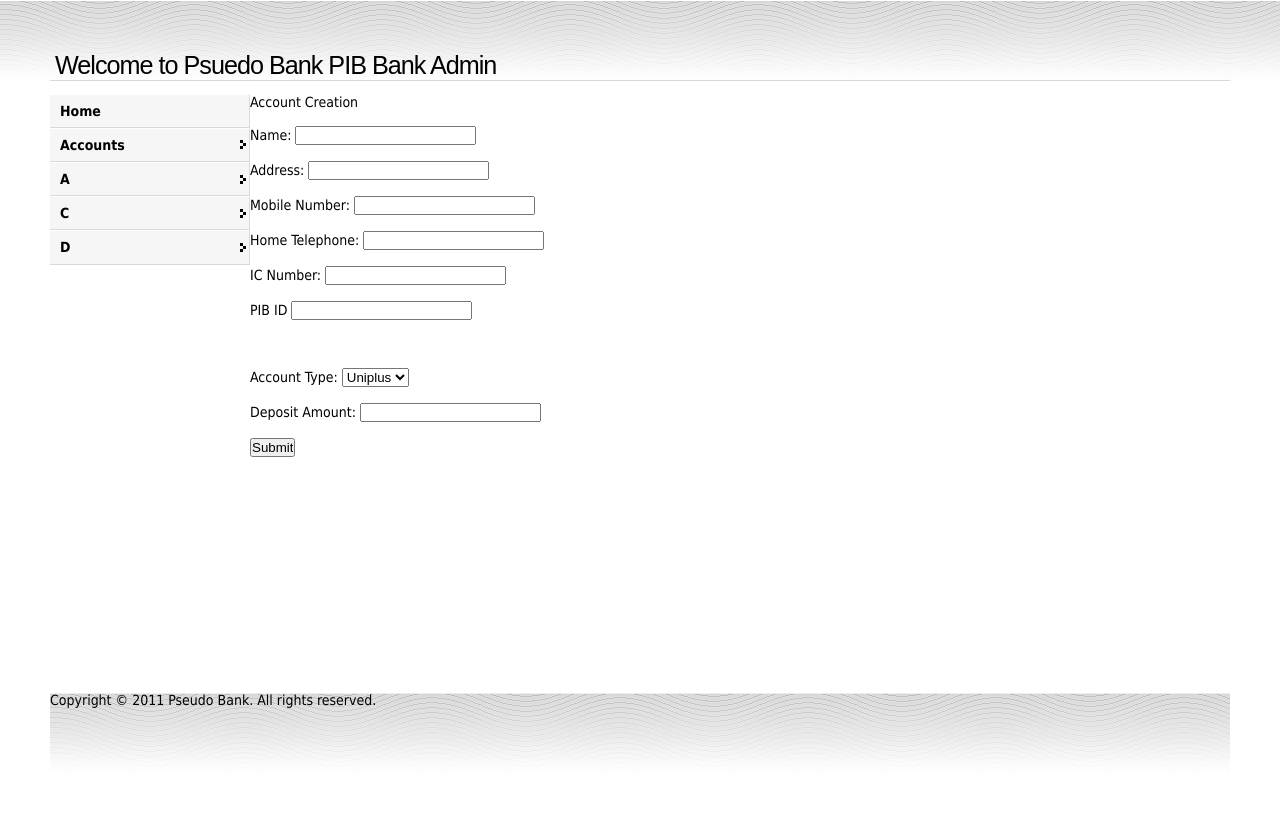
Repository: hareth12/Final-Year-Project
Page: http://localhost/bankAdmin/Account/L2/accountActivation1.jsp
These files come from the project's save history. The page is drawn as it stood at one moment and after the next save; the edit follows.
The browser window is 1280 px wide. The pictures show the whole page.
The page is served by Tomcat 9.

Above is the page before, as saved 2011-09-30 06:03:01.

After the next save:
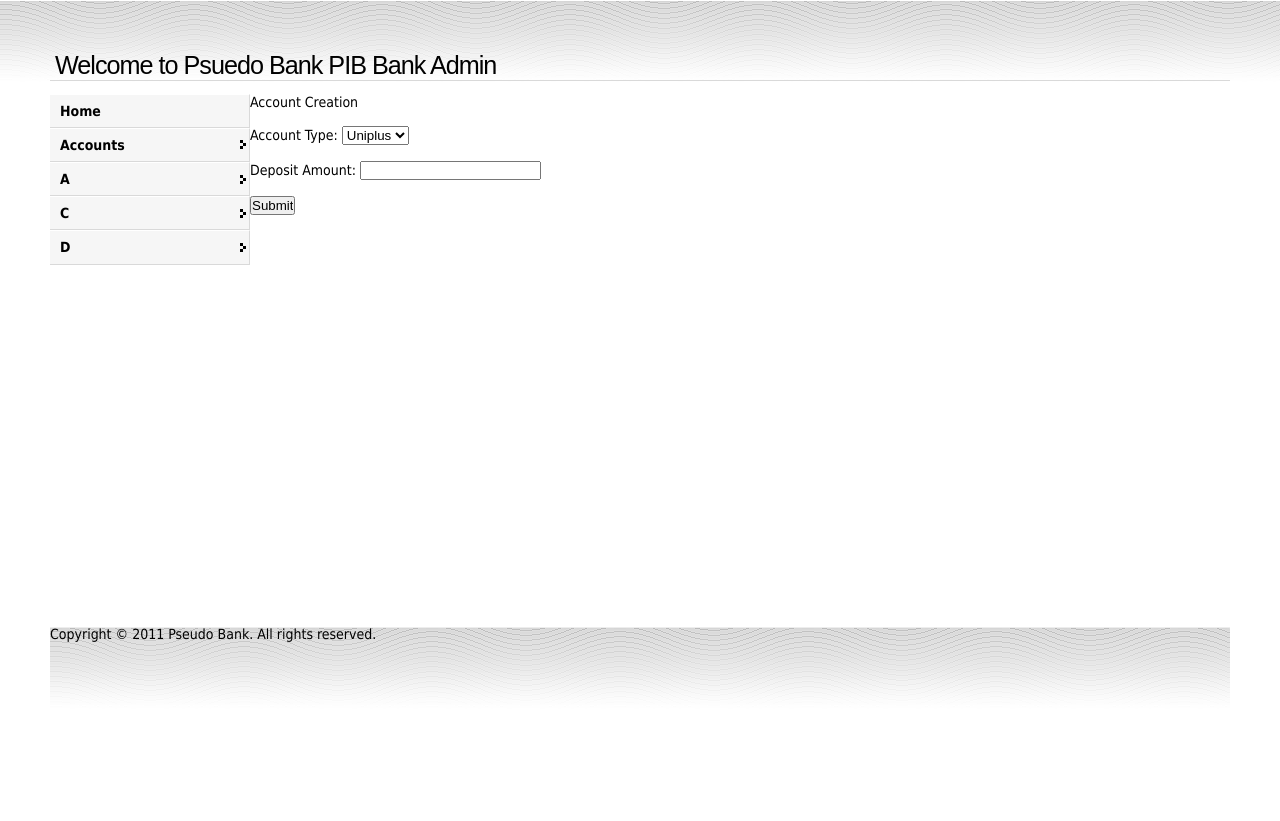
Saved 47 s later.
--- a/bankAdmin/WebContent/Account/L2/accountActivation1.jsp
+++ b/bankAdmin/WebContent/Account/L2/accountActivation1.jsp
@@ -65,14 +65,7 @@
 	Account Creation
 	<br></br>
 
-		<form name="input" action="/bankAdmin/AccountCreation2" method="post">
-		Name: <input type="text" name="name" />  <br></br>
-		Address: <input type="text" name="address" /> <br></br>
-		Mobile Number: <input type="text" name="mobile" /> <br></br>
-		Home Telephone: <input type="text" name="home" /> <br></br>
-		IC Number: <input type="text" name="icNumber" /> <br></br>
-		PIB ID <input type="text" name="idPib" /> <br></br>
-		<br></br>
+		<form name="input" action="/bankAdmin/AccountActivation2" method="post">
 		Account Type: <select name="accountType">
 				  <option value="Uniplus">Uniplus</option>
 				</select> <br></br>
